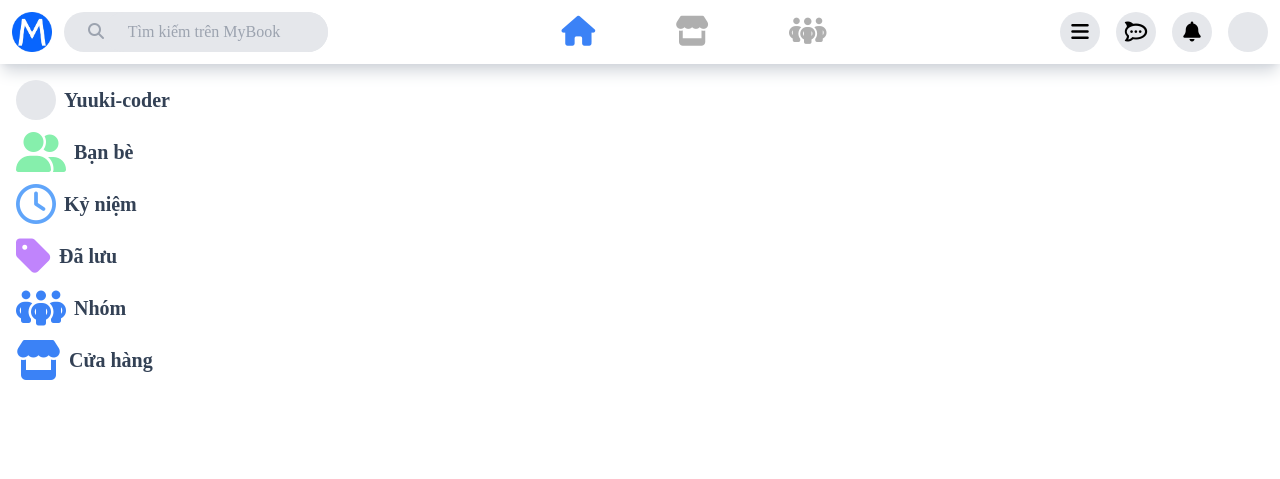
Repository: Yuukicoder/MyBook
Page: / (app in mybook/)
An editor plug-in stored every save of this project. The page is shown before and after the next save, followed by the edit.
The browser window is 1280 px wide. The pictures show the whole page.
The project was rebuilt for these pictures with package versions that can differ from the ones it lists, and the page was loaded fresh each time.

Above is the page before, as saved 2023-12-13 16:11:08.

After the next save:
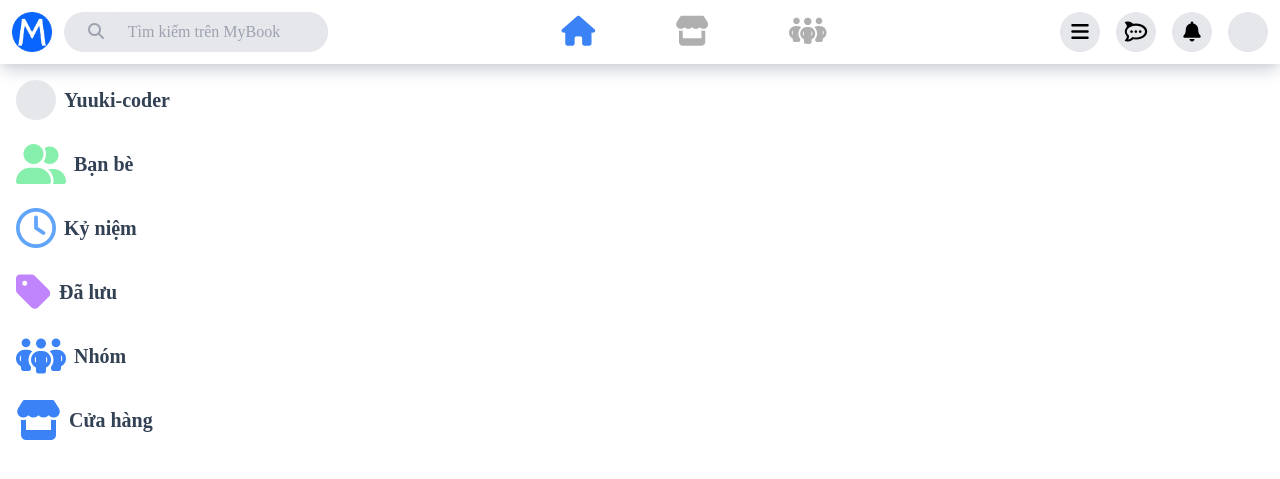
Saved 57 s later.
--- a/mybook/src/Option.js
+++ b/mybook/src/Option.js
@@ -1,6 +1,6 @@
 import './Option.css'
 var Option = (x) => (
-    <div class="mt-4 ml-4  grid gap-3">
+    <div class="mt-4 ml-4  grid gap-6">
 
     <div class="flex gap-2 items-center box ">
         <div class="avatar">
